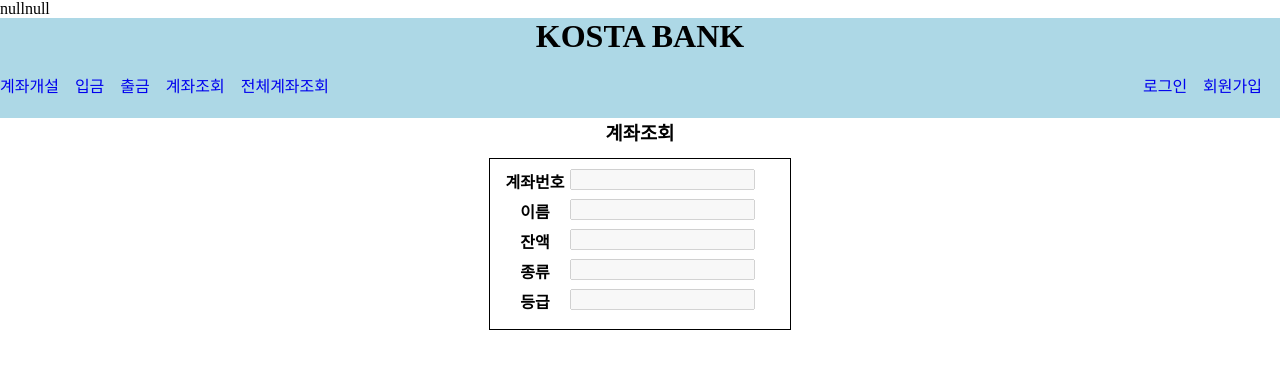
Repository: serendipity63/Springboot-workspace
Page: http://localhost/bankboot/WEB-INF/views/accountinfo.jsp
These files come from the project's save history. The page is drawn as it stood at one moment and after the next save; the edit follows.
The browser window is 1280 px wide. The pictures show the whole page.
The page is served by Tomcat 9. Nobody is signed in. The template is opened directly, without the code that normally fills it, so the values that code supplies are empty.

Above is the page before, as saved 2023-11-09 08:22:34.

After the next save:
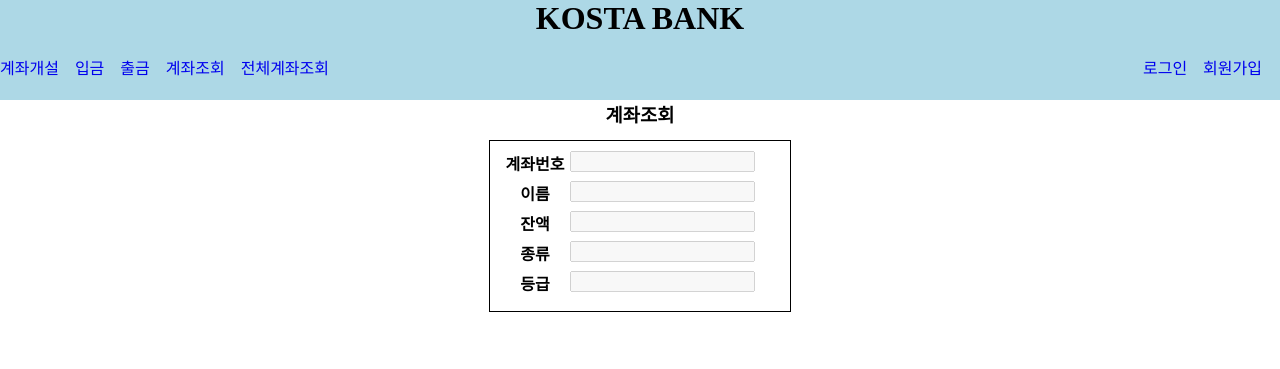
Saved 69 s later.
--- a/bankboot/src/main/webapp/WEB-INF/views/header.jsp
+++ b/bankboot/src/main/webapp/WEB-INF/views/header.jsp
@@ -5,8 +5,7 @@
 <%
 Member member1 = (Member) request.getAttribute("member");
 Member member2 = (Member) session.getAttribute("member");
-out.print(member1);
-out.print(member2);
+
 %>
 <!DOCTYPE html>
 <style>
